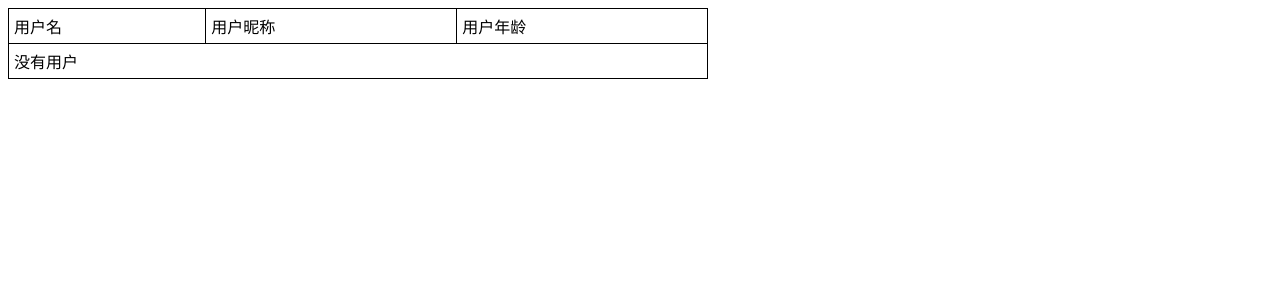
Repository: zoulincheng/javaeestudy
Page: http://localhost/jstl01/userList.do
An editor plug-in stored every save of this project. The page is shown before and after the next save, followed by the edit.
The browser window is 1280 px wide. The pictures show the whole page.
The page is served by Tomcat 9.

Above is the page before, as saved 2016-06-13 14:19:39.

After the next save:
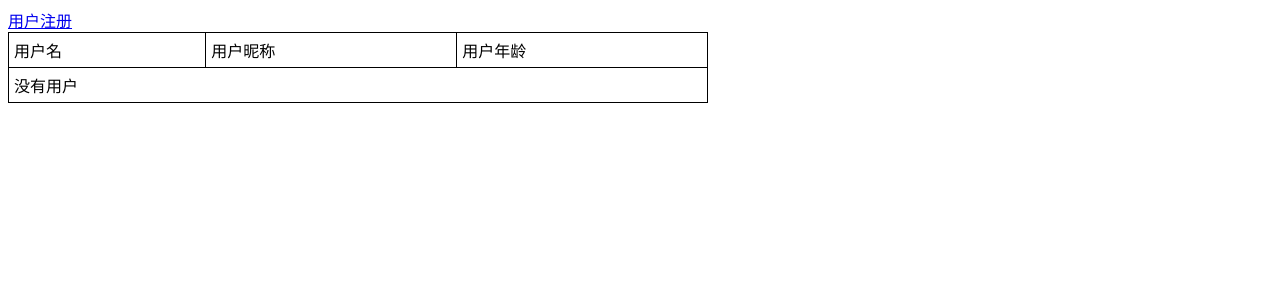
Saved 78 s later.
--- a/j2EE/javaweb/jstl01/WebContent/WEB-INF/user/list.jsp
+++ b/j2EE/javaweb/jstl01/WebContent/WEB-INF/user/list.jsp
@@ -19,7 +19,7 @@
 </style>
 </head>
 <body>
-<a href="register.do"></a>
+<a href="register.do">用户注册</a>
 <table width="700" cellpadding="0" cellspacing="0">
 	<tr><td>用户名</td><td>用户昵称</td><td>用户年龄</td></tr>
 	<c:if test="${empty users }">
